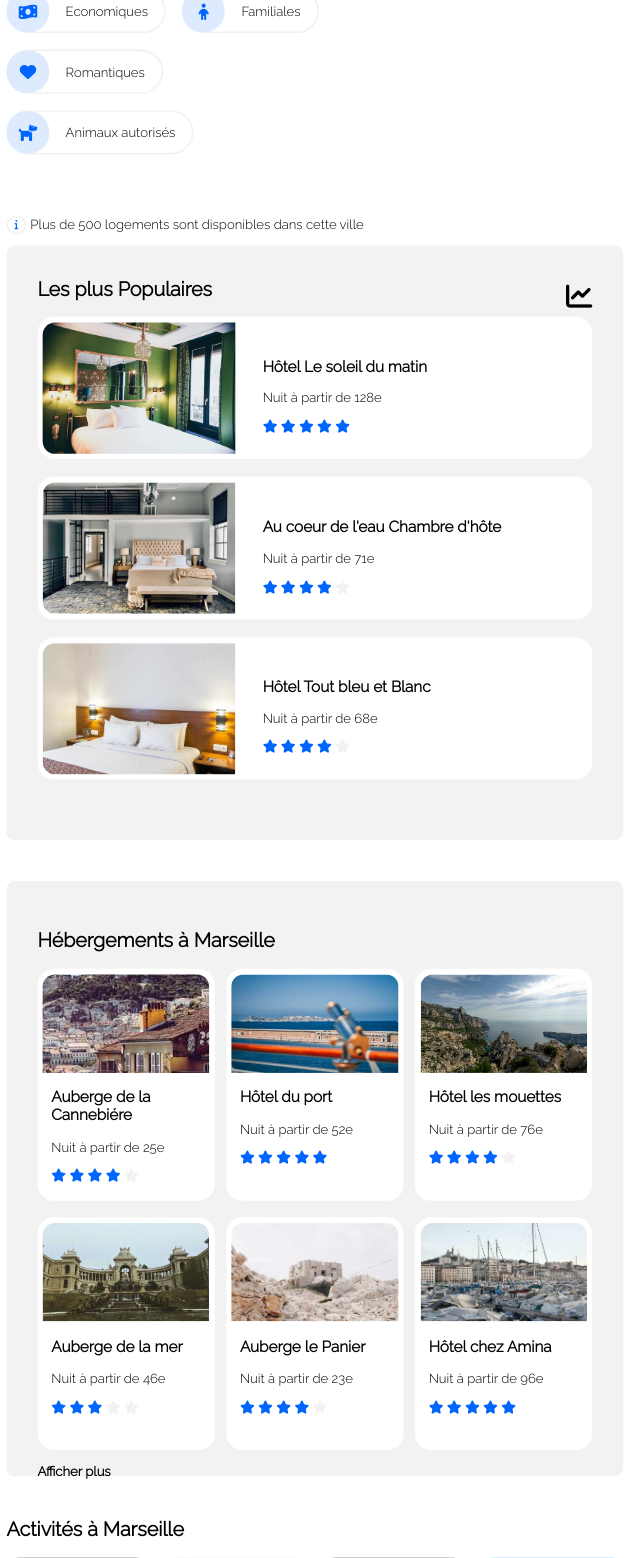
Repository: jaydeeonghub/DYLANBARBARISI_2_16062021
Page: index.html
The author's editor kept a copy of each file at every save. The page is drawn from the files as they stood at one save, then again after the next save.
The browser window is 768 px wide. The pictures show the part of the page from y = 386 to 2286 px (the page is 3294 px tall before and 6015 px after), at 82% of full size.
Pictures or frames that could not be fetched are drawn as grey boxes. Some web libraries are served in a nearby version.

Above is the page before, as saved 2021-07-24 18:53:52.

### index.html
<!DOCTYPE html>
<html lang="fr">
<head>
    <script src="https://kit.fontawesome.com/864c7a6a3c.js" crossorigin="anonymous"></script>
    <link href="//netdna.bootstrapcdn.com/font-awesome/3.2.1/css/font-awesome.css" rel="stylesheet">
    <link rel="preconnect" href="https://fonts.gstatic.com">
    <link href="https://fonts.googleapis.com/css2?family=Raleway:wght@300&display=swap" rel="stylesheet">
    <link rel="stylesheet" href="./Styles.css">
        <meta charset="UTF-8">
        <meta http-equiv="X-UA-Compatible" content="IE=edge">
        <meta name="viewport" content="width=device-width, initial-scale=1.0">
    <title>Reservia</title>
</head>
<body>
  <header>
  <nav class="sizeNav">
    <div class="sizeLiens flexBetween">
      <div>
        <img
          class="marglogo"
          src="./Assets/Logo/Reservia@3x.png"
          alt="Logo Reservia"
          width="120px"
          height="50px"
        />
      </div>
      <div class="flex">
      <div class="flexCentre">
        <div class="sizeLien flexCentre bordureNav">
          <a class="colorLien2 decorationNone" href="#hebergements"
            >Hébergements</a
          >
        </div>
        <div class="sizeLien flexCentre bordureNav">
          <a class="colorLien2 decorationNone" href="#activites">Activités</a>
        </div>
      </div>
      <div class="sizeLien flexCentre bordureNav">
        <a class="texteGras colorBleu decorationNone" href="#">S'inscrire</a>
      </div>
    </div>
    </div>
  </nav>
</header>
<main>
<section>
      <div>
        <h1 class="texteGras">
          Trouvez votre hébergements pour vos vacances de rêve
        </h1>
        <p>En plein centre ville ou en pleine nature</p>
      </div>
      <div class="bordureSearch flexCentre">
        <div class="backGris flexCentre iconSize">
          <i class="fas fa-map-marker-alt"></i>
        </div>
        <div>
          <input
            class="recherche flexCentre bordureNone paddingSearch"
            type="search"
            value="Marseille , France"
          />
        </div>
        <div class="backBleu flexCentre buttonSearch">Rechercher</div>
      </div>
      <div class="mobileFiltreWrap filtre margFiltre">
        <div class="margFiltreTitre"><h3>Filtres</h3></div>
        <div class="flexAround">
          <div class="flexBetween filtreTexteIcons">
            <i
              class="fas fa-money-bill-wave fa-lg filtreIcons flexCentre"
            ></i>
            <div class="filtreTexte flexCentre">Economiques</div>
          </div>
          <div class="flexBetween filtreTexteIcons">
            <i class="fas fa-child fa-lg filtreIcons flexCentre"></i>
            <div class="filtreTexte flexCentre">Familiales</div>
          </div>
        </div>
        <div class="mobileFiltreWrap flexAround">
          <div class="flexBetween filtreTexteIcons">
            <i class="fas fa-heart fa-lg filtreIcons flexCentre"></i>
            <div class="filtreTexte flexCentre">Romantiques</div>
          </div>
          <div class="flexBetween filtreTexteIcons">
            <i class="fas fa-dog fa-lg filtreIcons flexCentre"></i>
            <div class="filtreTexte flexCentre">Animaux autorisés</div>
          </div>
        </div>
      </div>
      <div class="info">
        <div class="parentIcon flexCentre">
          <i class="fas fa-info fa-xs colorBleu"></i>
        </div>
        <p>Plus de 500 logements sont disponibles dans cette ville</p>
      </div>
    </section>
  <section id="hebergements" class="flexAround">
    <div class="flexColumnAround sizeHebergements backGris blocHebergements">
      <h2>Hébergements à Marseille</h2>
      <div class="bloc1 flexBetween">
        <div class="cubeHebergements flexColumnCentre">
          <div class="imgHebergements1"></div>
          <div class="cubeDetailsHebergements">
            <h3>Auberge de la Cannebiére</h3>
            <p>Nuit à partir de 25e</p>
            <div>
              <i class="fas fa-star colorBleu"></i>
              <i class="fas fa-star colorBleu"></i>
              <i class="fas fa-star colorBleu"></i>
              <i class="fas fa-star colorBleu"></i>
              <i class="fas fa-star colorGris"></i>
            </div>
          </div>
        </div>
        <div class="cubeHebergements flexColumnCentre">
          <div class="imgHebergements2"></div>
          <div class="cubeDetailsHebergements">
            <h3>Hôtel du port</h3>
            <p>Nuit à partir de 52e</p>
            <div>
              <i class="fas fa-star colorBleu"></i>
              <i class="fas fa-star colorBleu"></i>
              <i class="fas fa-star colorBleu"></i>
              <i class="fas fa-star colorBleu"></i>
              <i class="fas fa-star colorBleu"></i>
            </div>
          </div>
        </div>
        <div class="cubeHebergements flexColumnCentre">
          <div class="imgHebergements3"></div>
          <div class="cubeDetailsHebergements">
            <h3>Hôtel les mouettes</h3>
            <p>Nuit à partir de 76e</p>
            <div>
              <i class="fas fa-star colorBleu"></i>
              <i class="fas fa-star colorBleu"></i>
              <i class="fas fa-star colorBleu"></i>
              <i class="fas fa-star colorBleu"></i>
              <i class="fas fa-star colorGris"></i>
            </div>
          </div>
        </div>
      </div>
      <div class="bloc2 flexBetween">
        <div class="cubeHebergements flexColumnCentre">
          <div class="imgHebergements4"></div>
          <div class="cubeDetailsHebergements">
            <h3>Auberge de la mer</h3>
            <p>Nuit à partir de 46e</p>
            <div>
              <i class="fas fa-star colorBleu"></i>
              <i class="fas fa-star colorBleu"></i>
              <i class="fas fa-star colorBleu"></i>
              <i class="fas fa-star colorGris"></i>
              <i class="fas fa-star colorGris"></i>
            </div>
          </div>
        </div>
        <div class="cubeHebergements flexColumnCentre">
          <div class="imgHebergements5"></div>
          <div class="cubeDetailsHebergements">
            <h3>Auberge le Panier</h3>
            <p>Nuit à partir de 23e</p>
            <div>
              <i class="fas fa-star colorBleu"></i>
              <i class="fas fa-star colorBleu"></i>
              <i class="fas fa-star colorBleu"></i>
              <i class="fas fa-star colorBleu"></i>
              <i class="fas fa-star colorGris"></i>
            </div>
          </div>
        </div>
        <div class="cubeHebergements flexColumnCentre">
          <div class="imgHebergements6"></div>
          <div class="cubeDetailsHebergements">
            <h3>Hôtel chez Amina</h3>
            <p>Nuit à partir de 96e</p>
            <div>
              <i class="fas fa-star colorBleu"></i>
              <i class="fas fa-star colorBleu"></i>
              <i class="fas fa-star colorBleu"></i>
              <i class="fas fa-star colorBleu"></i>
              <i class="fas fa-star colorBleu"></i>
            </div>
          </div>
        </div>
      </div>
      <div></div>
      <p class="texteGras">Afficher plus</p>
    </div>
    <div class="sizePopulaires blocPopulaires backGris">
      <div class="flexBetween">
        <h2 class="tabletteSizeTitrePop texteGras">Les plus Populaires</h2>
        <div><i class="fas fa-chart-line fa-2x"></i></div>
      </div>
      <div class="flexColumnAround">
        <div class="blocPopulaires12 cubePopulaires flexCentre">
          <div class="imgPopulaires1"></div>
          <div class="cubeDetailsPopulaires">
            <h3>Hôtel Le soleil du matin</h3>
            <p>Nuit à partir de 128e</p>
            <div>
              <i class="fas fa-star colorBleu"></i>
              <i class="fas fa-star colorBleu"></i>
              <i class="fas fa-star colorBleu"></i>
              <i class="fas fa-star colorBleu"></i>
              <i class="fas fa-star colorBleu"></i>
            </div>
          </div>
        </div>
        <div class="blocPopulaires12 cubePopulaires flexCentre">
          <div class="imgPopulaires2"></div>
          <div class="cubeDetailsPopulaires">
            <h3>Au coeur de l'eau Chambre d'hôte</h3>
            <p>Nuit à partir de 71e</p>
            <div>
              <i class="fas fa-star colorBleu"></i>
              <i class="fas fa-star colorBleu"></i>
              <i class="fas fa-star colorBleu"></i>
              <i class="fas fa-star colorBleu"></i>
              <i class="fas fa-star colorGris"></i>
            </div>
          </div>
        </div>
        <div class="cubePopulaires flexCentre">
          <div class="imgPopulaires3"></div>
          <div class="cubeDetailsPopulaires">
            <h3>Hôtel Tout bleu et Blanc</h3>
            <p>Nuit à partir de 68e</p>
            <div>
              <i class="fas fa-star colorBleu"></i>
              <i class="fas fa-star colorBleu"></i>
              <i class="fas fa-star colorBleu"></i>
              <i class="fas fa-star colorBleu"></i>
              <i class="fas fa-star colorGris"></i>
            </div>
          </div>
        </div>
      </div>
    </div>
  </section>
  <section id="activites" class="Activites">
    <h2>Activités à Marseille</h2>
    <div class="blocActivites flexBetween">
      <div class="cubeActivites flexColumnCentre">
        <div class="imgActivites1"></div>
        <div class="hauteurTitre titreActivites"><h3>Vieux Port</h3></div>
      </div>

      <div class="blocActivites2356 flexColumnBetween">
        <div class="cubeActivites2356 flexColumnCentre">
          <div class="imgActivites2"></div>
          <div class="hauteurTitre titreActivites">
            <h3>Fort de Pomégues</h3>
          </div>
        </div>

        <div class="cubeActivites2356 flexColumnCentre">
          <div class="imgActivites3"></div>
          <div class="hauteurTitre titreActivites">
            <h3>Îles du Frioules</h3>
          </div>
        </div>
      </div>
      <div class="cubeActivites flexColumnCentre">
        <div class="imgActivites4"></div>
        <div class="hauteurTitre titreActivites">
          <h3>Parc National des Calanques</h3>
        </div>
      </div>

      <div class="blocActivites2356 flexColumnBetween">
        <div class="cubeActivites2356 flexColumnCentre">
          <div class="imgActivites5"></div>
          <div class="hauteurTitre titreActivites">
            <h3>Notre-Dame-de-la-Garde</h3>
          </div>
        </div>

        <div class="cubeActivites2356 flexColumnCentre">
          <div class="imgActivites6"></div>
          <div class="hauteurTitre titreActivites">
            <h3>Parc Longchamp</h3>
          </div>
        </div>
      </div>
    </div>
  </section>
</main>
  <footer>
    <div class="footer backGris flexBetween">
      <div class="margeBlocFoot1 tailleBlocFoot">
        <h3>A propos</h3>
        <div class="divLienFoot">
          <a href="#" class="decorationNone lienFoot"
            >Fonctionnement du site</a
          >
        </div>
        <div class="divLienFoot">
          <a href="#" class="decorationNone lienFoot"
            >Conditions générales de vente</a
          >
        </div>
        <div class="divLienFoot">
          <a href="#" class="decorationNone lienFoot"
            >Données et confidentialité</a
          >
        </div>
      </div>
      <div class="tailleBlocFoot">
        <h3>Nos hébergements</h3>
        <div class="divLienFoot">
          <a href="#" class="decorationNone lienFoot">Charte qualité</a>
        </div>
        <div class="divLienFoot">
          <a href="#" class="decorationNone lienFoot"
            >Soumettre votre hôtel</a
          >
        </div>
      </div>
      <div class="margeBlocFoot3 tailleBlocFoot">
        <h3>Assistance</h3>
        <div class="divLienFoot">
          <a href="#" class="decorationNone lienFoot">Centre d'aide</a>
        </div>
        <div class="divLienFoot">
          <a href="#" class="decorationNone lienFoot">Nous contacter</a>
        </div>
      </div>
    </div>
  </footer>
</body>
</html>

### Styles.css
html,
body {
  font-family: Raleway, Arial, Helvetica, sans-serif;
}
.flexCentre {
  display: flex;
  justify-content: center;
  align-items: center;
}
.flexAround {
  display: flex;
  justify-content: space-around;
  align-items: center;
}
.flexBetween {
  display: flex;
  justify-content: space-between;
  align-items: center;
}
.flex {
    display: flex;
}
.flexColumnCentre {
  display: flex;
  flex-direction: column;
  justify-content: center;
  align-items: center;
}
.flexColumnAround {
  display: flex;
  flex-direction: column;
  justify-content: space-around;
}
.flexColumnBetween {
  display: flex;
  flex-direction: column;
  justify-content: space-between;
}
.decorationNone {
  text-decoration: none;
}
.bordureNone {
  border: none;
}
.texteGras {
  font-weight: bold;
}
.colorBleu {
  color: #0065fc;
}
.colorBleuClair {
  color: #deebff;
}
.colorGris {
  color: #f2f2f2;
}
.backBleu {
  background-color: #0065fc;
}
.backBleuClair {
  background-color: #deebff;
}
.backGris {
  background-color: #f2f2f2;
}
/* NAV */
.sizeNav {
  height: 100px;
}
.sizeLiens {
  width: 100%;
}
.sizeLien12 {
  margin-left: 60%;
}
.sizeLien {
  width: 140px;
  height: 99px;
}
.colorLien2 {
  color: black;
}
.bordureNav {
  border-top: 1px solid transparent;
}
.bordureNav:hover {
  border-top: 1px solid #0065fc;
  cursor: pointer;
}
.bordureNav:hover > a {
  color: #0065fc;
}
.marglogo {
  margin-bottom: 7px;
}
/*HEADER*/
.bordureSearch {
  width: 400px;
  border-radius: 10px;
  border: 0.5px solid #f2f2f2;
}
.paddingSearch {
  padding-left: 20px;
}
.recherche {
  height: 50px;
  width: 230px;
  font-size: 18px;
  color: black;
  font-weight: bold;
}
.iconSize {
  height: 50px;
  width: 50px;
  border-radius: 10px 0 0 10px;
}
.buttonSearch {
  height: 50px;
  width: 120px;
  color: white;
  cursor: pointer;
  border-radius: 0 10px 10px 0;
}
.buttonSearch:hover {
  color: #0065fc;
  background-color: #f2f2f2;
}
/* Filtres */
.margFiltre {
  margin-top: 50px;
  margin-bottom: 40px;
}
.filtre {
  display: flex;
  align-items: center;
}
.margFiltreTitre {
  margin-right: 20px;
}
.filtreTexteIcons {
  border: 2px solid #f2f2f2;
  height: 50px;
  border-radius: 30px;
  margin-right: 20px;
}

.filtreTexteIcons:hover > .filtreTexte {
  color: #0065fc;
}
.filtreTexteIcons:hover > .filtreIcons {
  color: white;
  background-color: #0065fc;
}
.filtreTexte {
  height: 50px;
  padding-left: 20px;
  padding-right: 20px;
  border-radius: 0 25px 25px 0;
}

.filtreIcons {
  margin-left: -2px;
  border-radius: 25px;
  width: 52px;
  height: 52px;
  color: #0065fc;
  background-color: #deebff;
}
/* INFO ICONE */
.info {
  display: flex;
  align-items: center;
}
.parentIcon {
  width: 20px;
  height: 20px;
  border: 2px solid #f2f2f2;
  border-radius: 25px;
  margin-right: 5px;
}
/* HEBERGEMENTS */
.sizeHebergements {
  flex: 2;
  height: 650px;
  margin-right: 20px;
  border-radius: 10px;
}
.sizePopulaires {
  flex: 1;
  height: 650px;
  margin-left: 20px;
  border-radius: 10px;
}
.blocHebergements {
  padding-left: 20px;
  padding-right: 20px;
}
.bloc1 {
  margin-bottom: 10px;
}
.bloc2 {
  margin-top: 10px;
}
.cubeHebergements {
  width: 30%;
  height: auto;
  background-color: white;
  padding: 1%;
  border-radius: 20px;
}
.cubeHebergements:hover {
  cursor: pointer;
  transform: scale(1.1);
}
.cubeDetailsHebergements {
  width: 90%;
}
.imgHebergements1 {
  background-image: url("./Assets/Images/4_small/florian-wehde-xW9e8gdotxI-unsplash.jpg");
  background-position: center;
  width: 100%;
  height: 120px;
  border-radius: 15px 15px 0 0;
}
.imgHebergements2 {
  background-image: url("./Assets/Images/4_small/kevin-hikari-rV_Qd1l-VXg-unsplash.jpg");
  background-size: cover;
  background-position: center;
  width: 100%;
  height: 120px;
  border-radius: 15px 15px 0 0;
}
.imgHebergements3 {
  background-image: url("./Assets/Images/4_small/kilyan-sockalingum-NR8-cBCN3aI-unsplash.jpg");
  background-size: cover;
  background-position: center;
  width: 100%;
  height: 120px;
  border-radius: 15px 15px 0 0;
}
.imgHebergements4 {
  background-image: url("./Assets/Images/4_small/lena-paulin-wH2-EJoDcV0-unsplash.jpg");
  background-size: cover;
  background-position: center;
  width: 100%;
  height: 120px;
  border-radius: 15px 15px 0 0;
}
.imgHebergements5 {
  background-image: url("./Assets/Images/4_small/paul-hermann-QFTrLdQIRhI-unsplash.jpg");
  background-size: cover;
  background-position: center;
  width: 100%;
  height: 120px;
  border-radius: 15px 15px 0 0;
}
.imgHebergements6 {
  background-image: url("./Assets/Images/4_small/reno-laithienne-QUgJhdY5Fyk-unsplash.jpg");
  background-size: cover;
  background-position: center;
  width: 100%;
  height: 120px;
  border-radius: 15px 15px 0 0;
}
/* Populaires */

.blocPopulaires {
  padding-left: 20px;
  padding-right: 20px;
}
.blocPopulaires12 {
  margin-bottom: 22px;
}
.cubePopulaires {
  background-color: white;
  height: auto;
  padding: 1% 0 1% 1%;
  border-radius: 20px;
}
.cubePopulaires:hover {
  cursor: pointer;
  transform: scale(1.05);
}
.cubeDetailsPopulaires {
  width: 60%;
  padding-left: 5%;
}
.imgPopulaires1 {
  background-image: url("./Assets/Images/hebergements/4_small/emile-guillemot-Bj_rcSC5XfE-unsplash.jpg");
  background-size: cover;
  background-position: center;
  width: 35%;
  height: 160px;
  border-radius: 15px 0 0 15px;
}
.imgPopulaires2 {
  background-image: url("./Assets/Images/hebergements/4_small/aw-creative-VGs8z60yT2c-unsplash.jpg");
  background-size: cover;
  background-position: center;
  width: 35%;
  height: 160px;
  border-radius: 15px 0 0 15px;
}
.imgPopulaires3 {
  background-image: url("./Assets/Images/hebergements/4_small/febrian-zakaria-sjvU0THccQA-unsplash.jpg");
  background-size: cover;
  background-position: center;
  width: 35%;
  height: 160px;
  border-radius: 15px 0 0 15px;
}
/* Activites */
.Activites {
  margin-top: 50px;
  margin-bottom: 50px;
}
.blocActivites {
  width: 100%;
  height: 600px;
}
.blocActivites2356 {
  width: 23%;
  height: 600px;
}
/* reglage bloc */
.cubeActivites {
  width: 23%;
  border-radius: 15px;
  box-shadow: 5px 5px 5px 1px #f2f2f2;
}
.cubeActivites:hover {
  cursor: pointer;
  transform: scale(1.03);
}
.cubeActivites2356 {
  width: 100%;
  border-radius: 15px;
  box-shadow: 5px 5px 5px 1px #f2f2f2;
}
.cubeActivites2356:hover {
  cursor: pointer;
  transform: scale(1.03);
}
/* fin reglage bloc */
.hauteurTitre {
  height: 70px;
}
.titreActivites {
  display: flex;
  justify-content: flex-start;
  align-items: center;
  padding-left: 5%;
  width: 95%;
}
.imgActivites1 {
  background-image: url("./Assets/Images/activites/1_xlarge/reno-laithienne-QUgJhdY5Fyk-unsplash.jpg");
  background-size: cover;
  background-position: center;
  width: 100%;
  height: 530px;
  border-radius: 15px 15px 0 0;
}
.imgActivites2 {
  background-image: url("./Assets/Images/activites/3_medium/paul-hermann-QFTrLdQIRhI-unsplash.jpg");
  background-size: cover;
  background-position: center;
  width: 100%;
  height: 250px;
  border-radius: 15px 15px 0 0;
}
.imgActivites3 {
  background-image: url("./Assets/Images/activites/4_small/kevin-hikari-rV_Qd1l-VXg-unsplash.jpg");
  background-size: cover;
  background-position: center;
  width: 100%;
  height: 150px;
  border-radius: 15px 15px 0 0;
}
.imgActivites4 {
  background-image: url("./Assets/Images/activites/1_xlarge/kilyan-sockalingum-NR8-cBCN3aI-unsplash.jpg");
  background-size: cover;
  background-position: center;
  width: 100%;
  height: 530px;
  border-radius: 15px 15px 0 0;
}
.imgActivites5 {
  background-image: url("./Assets/Images/activites/3_medium/florian-wehde-xW9e8gdotxI-unsplash.jpg");
  background-size: cover;
  background-position: center;
  width: 100%;
  height: 200px;
  border-radius: 15px 15px 0 0;
}
.imgActivites6 {
  background-image: url("./Assets/Images/activites/3_medium/lena-paulin-wH2-EJoDcV0-unsplash.jpg");
  background-size: cover;
  background-position: center;
  width: 100%;
  height: 200px;
  border-radius: 15px 15px 0 0;
}
/* footer */
.footer {
  height: 300px;
  margin-top: 100px;
}
.tailleBlocFoot {
  height: 150px;
}
.margeBlocFoot1 {
  margin-left: 5%;
}
.margeBlocFoot3 {
  margin-right: 15%;
}
.lienFoot {
  color: black;
}
.divLienFoot {
  height: 30px;
}
/* responsive */

@media screen and (max-width: 1295px) {
  .sizeLien12 {
    margin-left: 35%;
  }
  .cubeDetailsHebergements {
    min-height: 150px;
  }
  .sizeHebergements {
    min-height: auto;
    padding: 20px;
  }
  .sizePopulaires {
    min-height: auto;
    padding: 20px;
  }
  .tabletteSizeTitrePop {
    margin-top: 0;
  }
}
@media screen and (max-width: 990px) {
  .mobileFiltreWrap {
    flex-direction: column;
    align-items: flex-start;
  }
  .filtreTexteIcons {
    margin-bottom: 20px;
  }
  #hebergements {
    flex-direction: column-reverse;
    width: 100%;
  }
  .blocPopulaires {
    flex: none;
    width: 90%;
    margin-left: 0;
    padding: 5%;
  }
  .blocHebergements {
    flex: none;
    width: 90%;
    margin-right: 0;
    margin-top: 50px;
    padding: 5%;
  }
}
@media screen and (max-width: 770px) {
.sizeLiens {
  width: 90%;
}
.sizeLien12{
  margin-left: 20%;
}
}

After the next save:
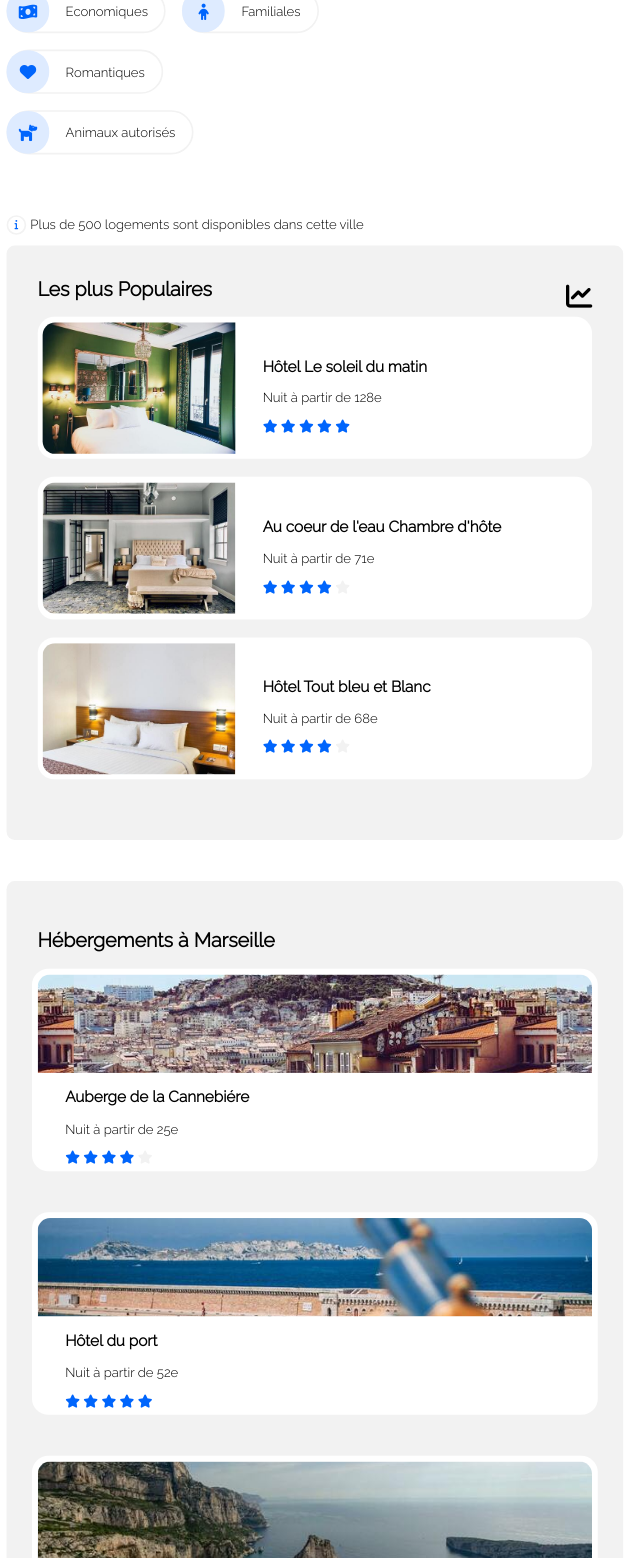
Saved 16 min 32 s later.
--- a/Styles.css
+++ b/Styles.css
@@ -474,4 +474,48 @@ body {
 .sizeLien12{
   margin-left: 20%;
 }
-}
+.blocHebergements {
+height: auto;
+}
+.bloc1 {
+flex-direction: column;
+margin-bottom: 0;
+}
+.bloc2 {
+  flex-direction: column;
+  margin-top: 0;
+}
+.cubeHebergements{
+  width: 100%;
+  margin-bottom: 50px ;
+}
+.cubeDetailsHebergements{
+  min-height: auto;
+}
+.blocActivites {
+  flex-direction: column;
+  height: auto;
+}
+.cubeActivites{
+  width: 100%;
+  margin-bottom: 50px;
+}
+.blocActivites2356 {
+  width: 100%;
+  height: auto;
+}
+.cubeActivites2356 {
+  margin-bottom: 50px;
+}
+.imgActivites1, .imgActivites2, .imgActivites3, .imgActivites4, .imgActivites5, .imgActivites6 {
+  height: 200px;
+}
+.footer {
+  flex-direction: column;
+  align-items: flex-start;
+  height: auto;
+}
+.margeBlocFoot1 {
+  margin-left: 0;
+}
+}
